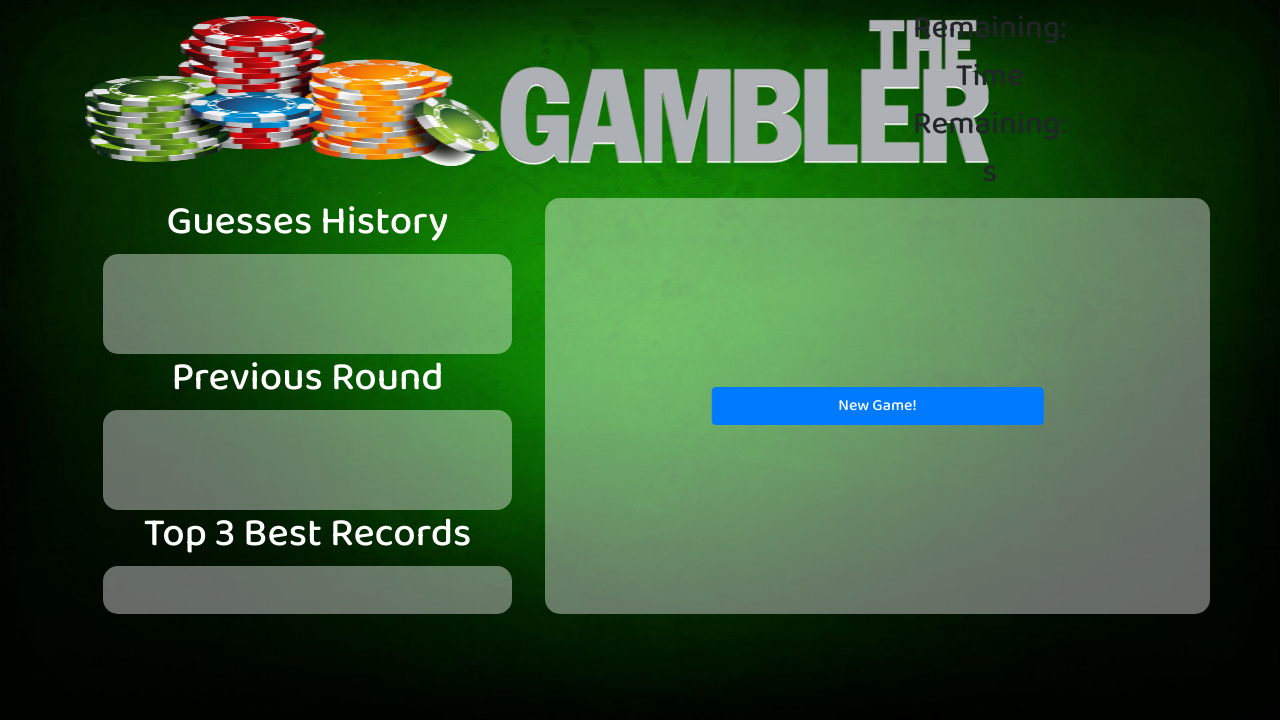
Repository: tts2610/TheCheapShootingGame
Page: index.html
The author's editor kept a copy of each file at every save. The page is drawn from the files as they stood at one save, then again after the next save.
The browser window is 1280 px wide. The pictures show the whole page.

Above is the page before, as saved 2020-05-15 12:20:11.

After the next save:
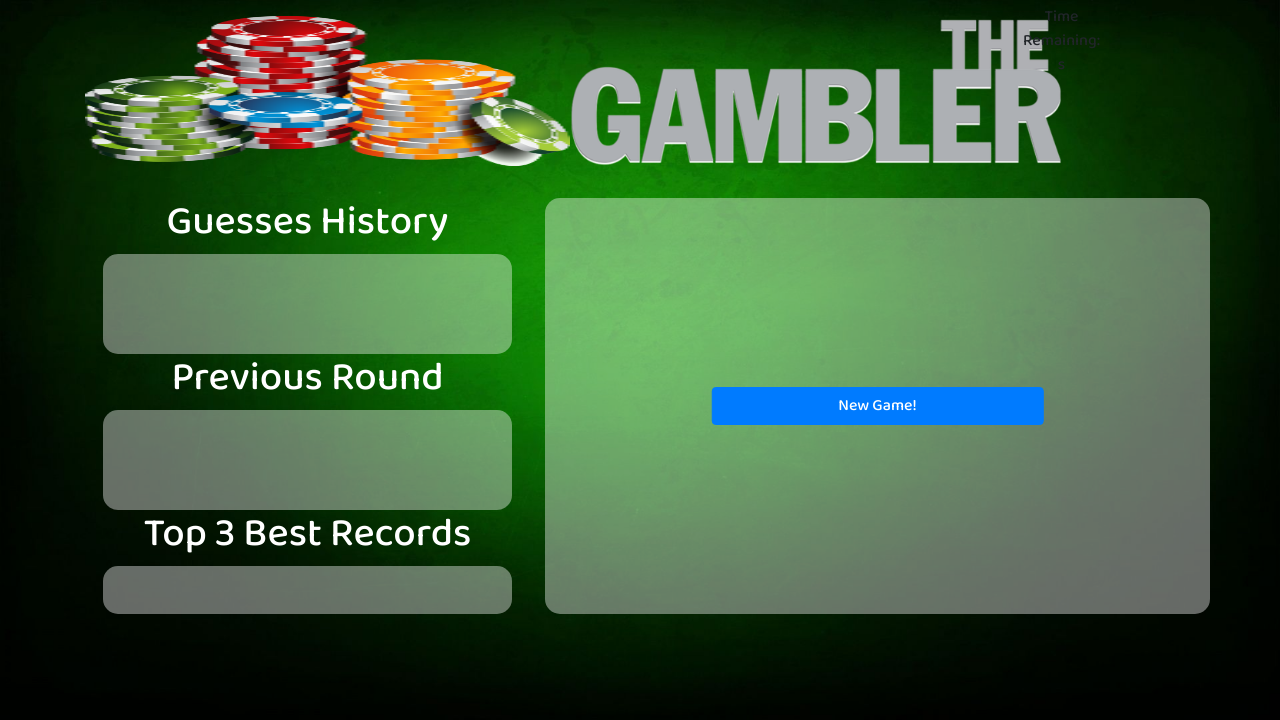
Saved 21 s later.
--- a/css/style.css
+++ b/css/style.css
@@ -76,7 +76,7 @@ h1 {
     top: 65%;
     left: 50%; */
     transform: translate(-50%, -50%);
-    font-size: xx-large;
+    font-size: medium;
     text-align: center;
 }
 
